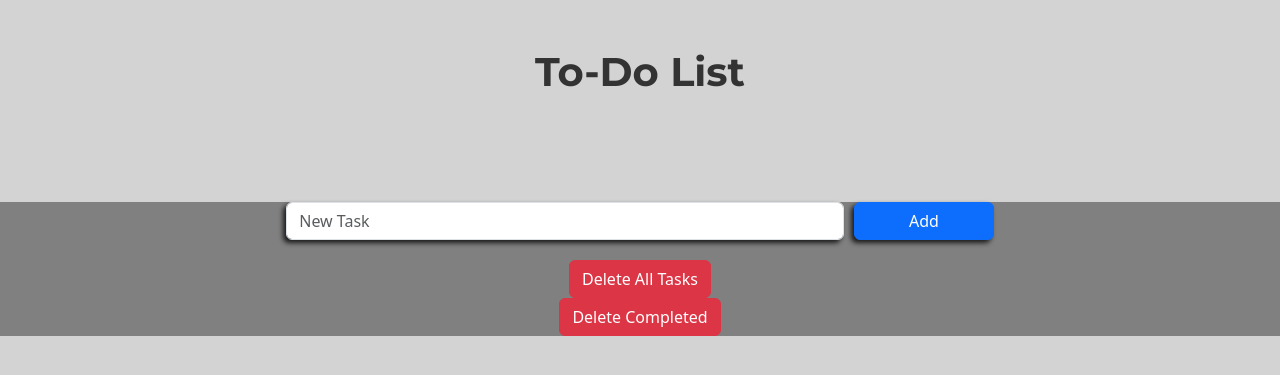
Repository: PituMia/TODO-List
Page: /
An editor plug-in stored every save of this project. The page is shown before and after the next save, followed by the edit.
The browser window is 1280 px wide. The pictures show the whole page.
The project was rebuilt for these pictures with package versions that can differ from the ones it lists, and the page was loaded fresh each time. Also part of the build but not shown: vite.config.js, src/assets/css/App.css, src/assets/css/Task.css, src/assets/components/Task.jsx.

Above is the page before, as saved 2025-02-01 15:38:10.

### index.html
<!doctype html>
<html lang="en">
  <head>
    <meta charset="UTF-8" />
    <link rel="icon" type="image/svg+xml" href="/vite.svg" />
    <link href="https://cdn.jsdelivr.net/npm/bootstrap@5.3.3/dist/css/bootstrap.min.css" rel="stylesheet" integrity="sha384-QWTKZyjpPEjISv5WaRU9OFeRpok6YctnYmDr5pNlyT2bRjXh0JMhjY6hW+ALEwIH" crossorigin="anonymous">
    <link href="https://fonts.googleapis.com/css2?family=Bubblegum+Sans&display=swap" rel="stylesheet">
    <meta name="viewport" content="width=device-width, initial-scale=1.0" />
    <title>Vite + React</title>
  </head>
  <body>
    <div id="root"></div>
    <script type="module" src="/src/main.jsx"></script>
  </body>
</html>

### src/assets/css/index.css
html, body {
    background-color: #d3d3d3;
    margin: 0;
    padding: 0;
    width: 100%;
    height: 100%;
}

### src/App.jsx
import { useState } from 'react'
import './assets/css/App.css'
import Header from './assets/components/header'
import TaskInput from './assets/components/TaskInput'

import TaskList from './assets/components/TaskList'


function App() {
  const [count, setCount] = useState(0)

  return (
    <>
      <div className='app'>
   <Header />
   <TaskList />

      </div>

    </>
  )
}

export default App

### src/assets/components/header.jsx
import React from "react";
import "../css/header.css";

const Header = () => {
    return (
        <div className="head text-center p-5">
           <h1>To-Do List</h1>

        </div>
    )
};

export default Header

### src/assets/components/TaskInput.jsx
import React, { useState } from "react";
import "../css/TaskInput.css";


const TaskInput = ( {addTask} ) => {
    const [text, setText] = useState("");


    const handleAddTask = (e) => {
        e.preventDefault();
        if (typeof addTask === 'function') {
        addTask(text);
        console.log(text);
        setText("");}
        else {console.log("no es funcion")}



    }

    return (
        <div className="container">
            <form onSubmit={handleAddTask}>
                <div className="input d-flex justify-content-center " style={{ maxWidth: "50%", margin: "0 auto" }}>
                    <input type="text"
                        value={text}
                        onChange={(e) => setText(e.target.value)}
                        placeholder="New Task"
                        className="form-control col-9" required />
                    <button type="submit"
                        className="btn btn-primary col-3">Add</button>
                </div>
            </form>
            <div className="d-flex justify-content-center">

            </div>
        </div>
    );

};

export default TaskInput

### src/assets/components/TaskList.jsx
import React, { useState } from "react";
import Task from "./Task";
import TaskInput from "./TaskInput";
import DeleteAllButton from "./DeleteAllButton";
import DeleteCompleteButton from "./DeleteCompleteButton";
import "../css/TaskList.css";

const TaskList = () => {
    const [tasks, setTasks] = useState([]);

    const handleSwitchBtn = (taskIndex) => {
        setTasks((prevTasks) =>
           prevTasks.map((task, index) =>
             index === taskIndex ? {...task, completed : !task.completed } : task))


    }

    const deleteCompleted = () => {
        setTasks((prevTasks) =>
        prevTasks.filter((task) => !task.completed ))
    }

    const handleDeleteTask = (taskToDelete) => {
        setTasks((prevTask) => prevTask.filter((_, index) => index != taskToDelete))
    }

    const deleteAllTasks = () => {
        setTasks([])
    }

    const handleAddTask = (newTask) => {
        setTasks((prevTask) => [...prevTask,
        {
            task: newTask,
            completed: false,
        }
        ])




    }

    console.log(tasks)

    return (
        <div className="tasklist flex-column justify-content-center" style={{ width: "100%", margin: "50px auto" }}>
            <TaskInput addTask={handleAddTask} />
            {tasks.map((task, index) => (
                <Task key={index}
                      todo={task}
                      index={index}
                      handleDeleteTask={handleDeleteTask}
                      handleSwitchBtn={handleSwitchBtn}  />
           ))}
           <DeleteAllButton deleteAllTasks={deleteAllTasks} />
           <DeleteCompleteButton deleteCompleted={deleteCompleted} />

        </div>
    )

}

export default TaskList

### src/assets/css/header.css
@import url('https://fonts.googleapis.com/css2?family=Montserrat:wght@700&display=swap');

.head {
    font-family: 'Montserrat', sans-serif;
    font-size: 50vw;
    font-weight: 700;
    text-align: center;
    color: #333;

}

### src/assets/css/TaskInput.css
.input {
    display: flex;
    gap: 10px;

}

.input input,
.input button {
    box-shadow: -3px 3px 5px rgba(0, 0, 0, 0.8)
}

.container {
    margin-bottom: 20px;
}

### src/assets/components/DeleteAllButton.jsx
import React from "react";

const DeleteAllButton = ({ deleteAllTasks }) => {


    return (
        <div>
            <button  className="btn btn-danger d-flex m-auto"
                     onClick={deleteAllTasks}>
                Delete All Tasks

            </button>
        </div>
    )


}

export default DeleteAllButton

### src/assets/components/DeleteCompleteButton.jsx
import React from "react";

const DeleteCompleteButton = ({ deleteCompleted }) => {


    return (
        <div>
            <button  className="btn btn-danger d-flex m-auto"
                     onClick={deleteCompleted}>
                Delete Completed

            </button>
        </div>
    )


}

export default DeleteCompleteButton

### src/assets/css/TaskList.css
.tasklist {
    background-color: grey;
}

Loaded but not shown: src/main.jsx (common file)

After the next save:
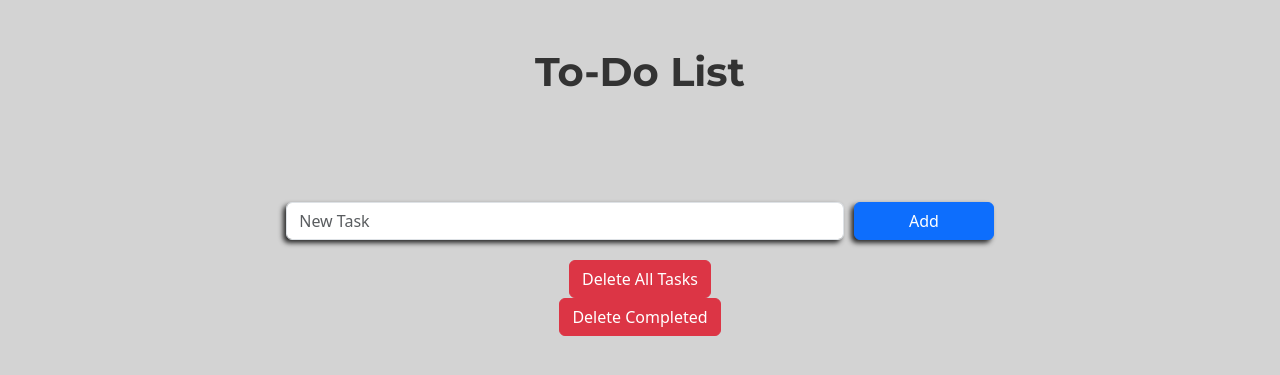
Saved 22 s later.
--- a/src/assets/components/TaskList.jsx
+++ b/src/assets/components/TaskList.jsx
@@ -3,7 +3,7 @@ import Task from "./Task";
 import TaskInput from "./TaskInput";
 import DeleteAllButton from "./DeleteAllButton";
 import DeleteCompleteButton from "./DeleteCompleteButton";
-import "../css/TaskList.css";
+
 
 const TaskList = () => {
     const [tasks, setTasks] = useState([]);
